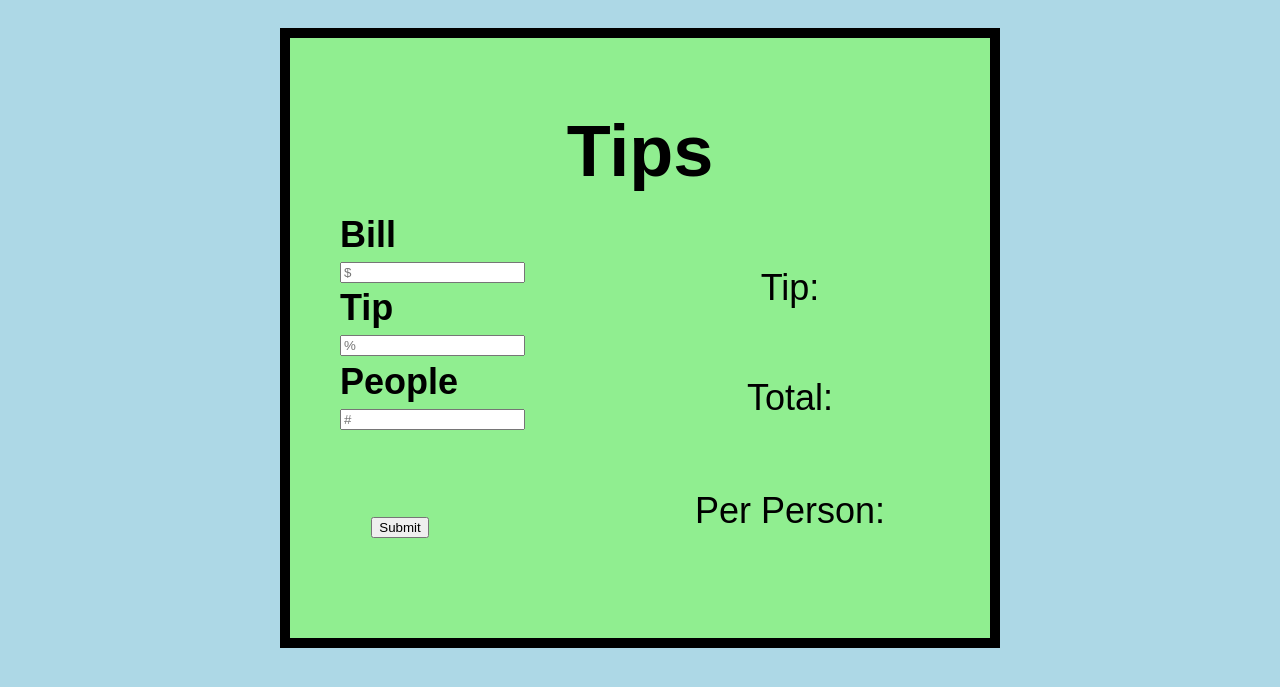
Repository: SamirIngley/Tip-Calculator
Page: tip_display.html
The author's editor kept a copy of each file at every save. The page is drawn from the files as they stood at one save, then again after the next save.
The browser window is 1280 px wide. The pictures show the whole page.

Above is the page before, as saved 2020-02-13 11:44:29.

After the next save:
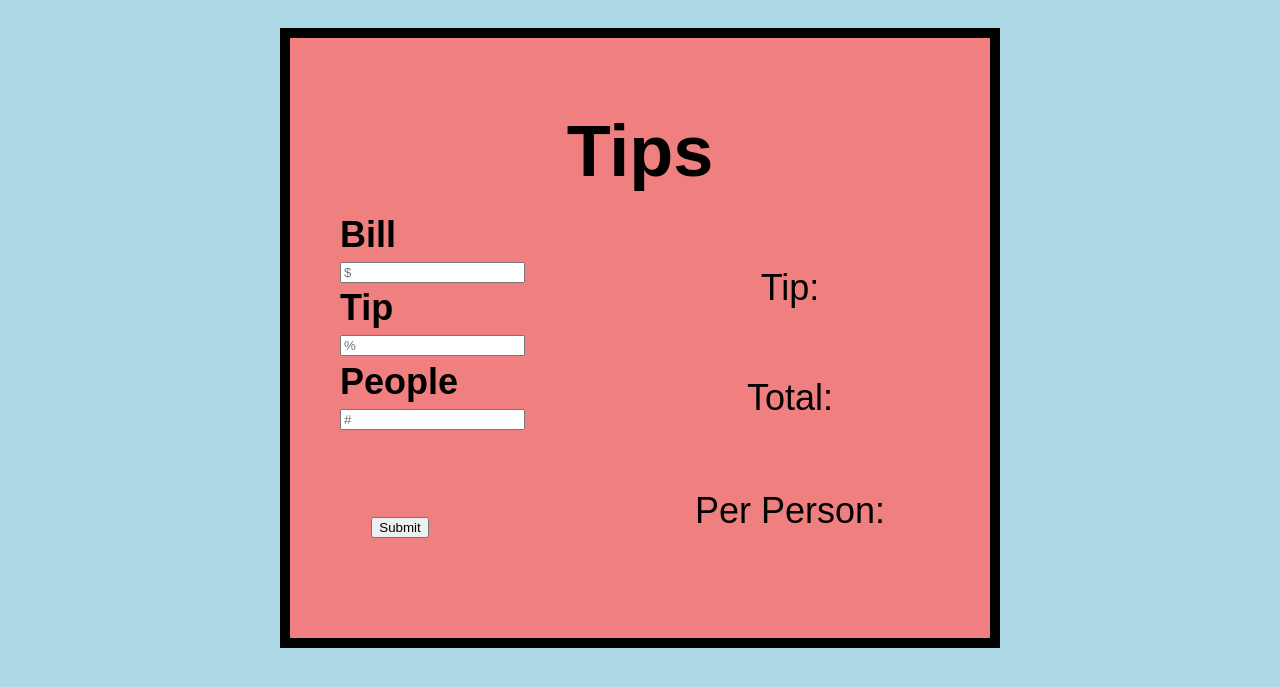
Saved 2 h 56 min later.
--- a/style.css
+++ b/style.css
@@ -8,7 +8,7 @@ body {
 }
 
 .form {
-    background-color: lightgreen;
+    background-color: lightcoral;
     display: grid;
     grid-template-columns: 300px 300px;
     grid-template-rows: repeat(5, 1fr);
